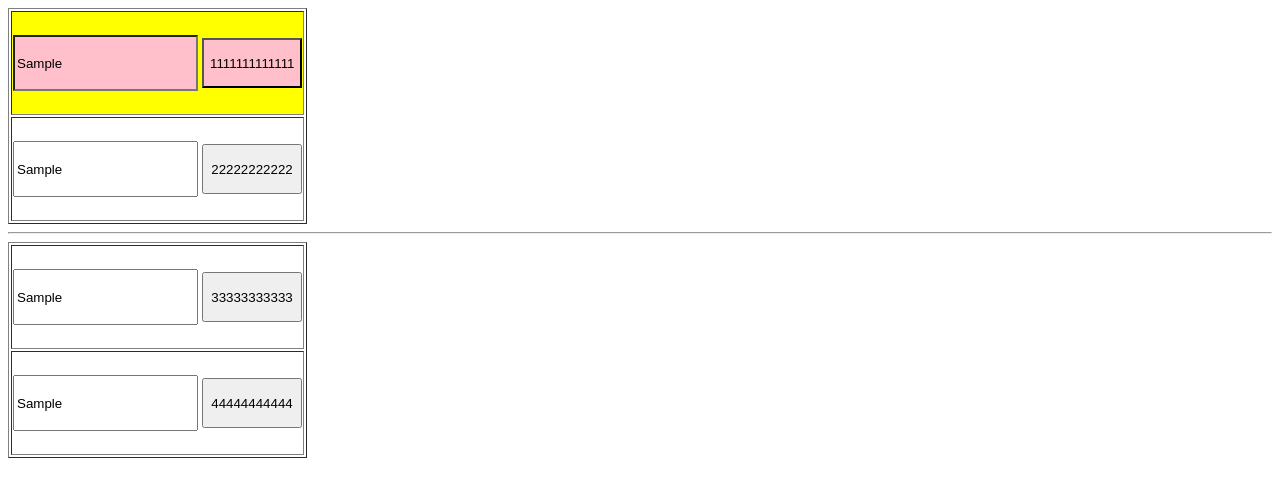
Repository: womss/sexyguy
Page: Spring/Feb14_1_jQuery/WebContent/2_DOM_Select.html
An editor plug-in stored every save of this project. The page is shown before and after the next save, followed by the edit.
The browser window is 1280 px wide. The pictures show the whole page.
Empty fields were first filled with sample values (such as "Sample", 5 or name@example.com).
After loading, the first visible `td` was clicked once.

Above is the page before, as saved 2025-02-14 02:48:20.
Console error: ReferenceError: button is not defined

### Spring/Feb14_1_jQuery/WebContent/2_DOM_Select.html
<!DOCTYPE html>
<html>
<head>
<meta charset="UTF-8">
<title>Insert title here</title>
<style type="text/css">
	td {height: 100px;}
	input {height: 50px;}
	button {width: 100px; height: 50px;}

</style>
<script type="text/javascript" src="jQuery.js"></script>
<script type="text/javascript">
	$(function() {
		// alert('asdf');

		// 선택자를 지정하지 않았을 때 특정 DOM객체를 어떻게 찾아낼 것인가?
		$("button").click(function() {

			// $(this) : 클릭이벤트의 발생함수(콜백함수)를 호출한 장본인
			//			누른 버튼만 해당하는 명령을 실행하도록!
			$(this).css("background-color", "red");

			// 누른 버튼이 있는 td에 배경색을 주기

			// $("td").css("background-color", "teal");
			// parent() : 내가 누른 this의 한단계 상위 DOM객체
			//		cf) 한단계 하위 객체 : children()
			$(this).parent().css("background-color", "teal");


			// 누른 버튼이 있는 table의 테두리를 파란색으로
			// $(this).parent().parent().parent().parent().css("border", "blue solid 3px");

			// closest("CSS선택자") : 상위에 있는 것 중에서 가장 가까운 CSS선택자
			//		cf) find("CSS선택자") : 하위객체 중에서 특정한(CSS선택자) 것
			$(this).closest("table").css("border", "blue solid 3px");
		});
		// td를 클릭했을 때 누른 td의 배경색을 노란색@
		// td를 클릭했을 때 그 td속에 있는 모든 것들의 배경색을 핑크색@
		// td를 클릭했을 때 그 td속에 들어있는 버튼의 테두리색 (색자유)

		// input에 쓴 글자가(입력하고 버튼 눌렀을 때)
		//	해당 input과 동일선상에 있는 button의 글자색이 되도록
		$("td").click(function() {
			$(this).css("background-color", "yellow");
			$(this).children().css("background-color", "pink");
			$(this).children(button).css("background-color", "pink");

		});






	});
</script>
</head>
<body>
	<table border="1">
		<tr><td><input> <button>1111111111111</button></td></tr>
		<tr><td><input> <button>22222222222</button></td></tr>
	</table>
	<hr>
	<table border="1">
		<tr><td><input> <button>33333333333</button></td></tr>
		<tr><td><input> <button>44444444444</button></td></tr>
	</table>
</body>
</html>

Loaded but not shown: Spring/Feb14_1_jQuery/WebContent/jQuery.js (library)

After the next save:
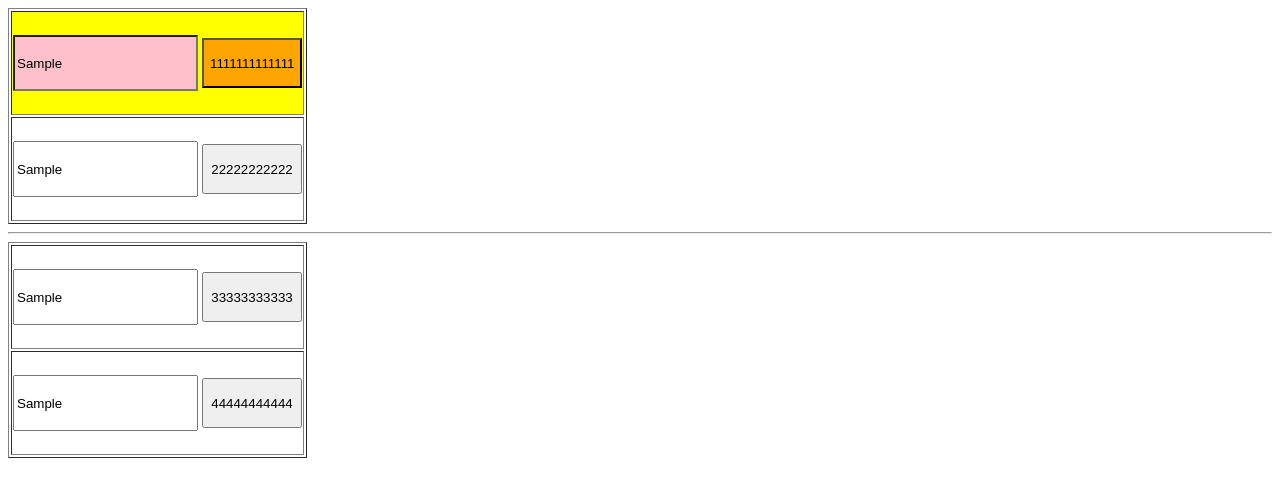
The error is gone.
Saved 43 s later.
--- a/Spring/Feb14_1_jQuery/WebContent/2_DOM_Select.html
+++ b/Spring/Feb14_1_jQuery/WebContent/2_DOM_Select.html
@@ -45,7 +45,7 @@
 		$("td").click(function() {
 			$(this).css("background-color", "yellow");
 			$(this).children().css("background-color", "pink");
-			$(this).children(button).css("background-color", "pink");
+			$(this).find("button").css("background-color", "orange");
 
 		});
 
